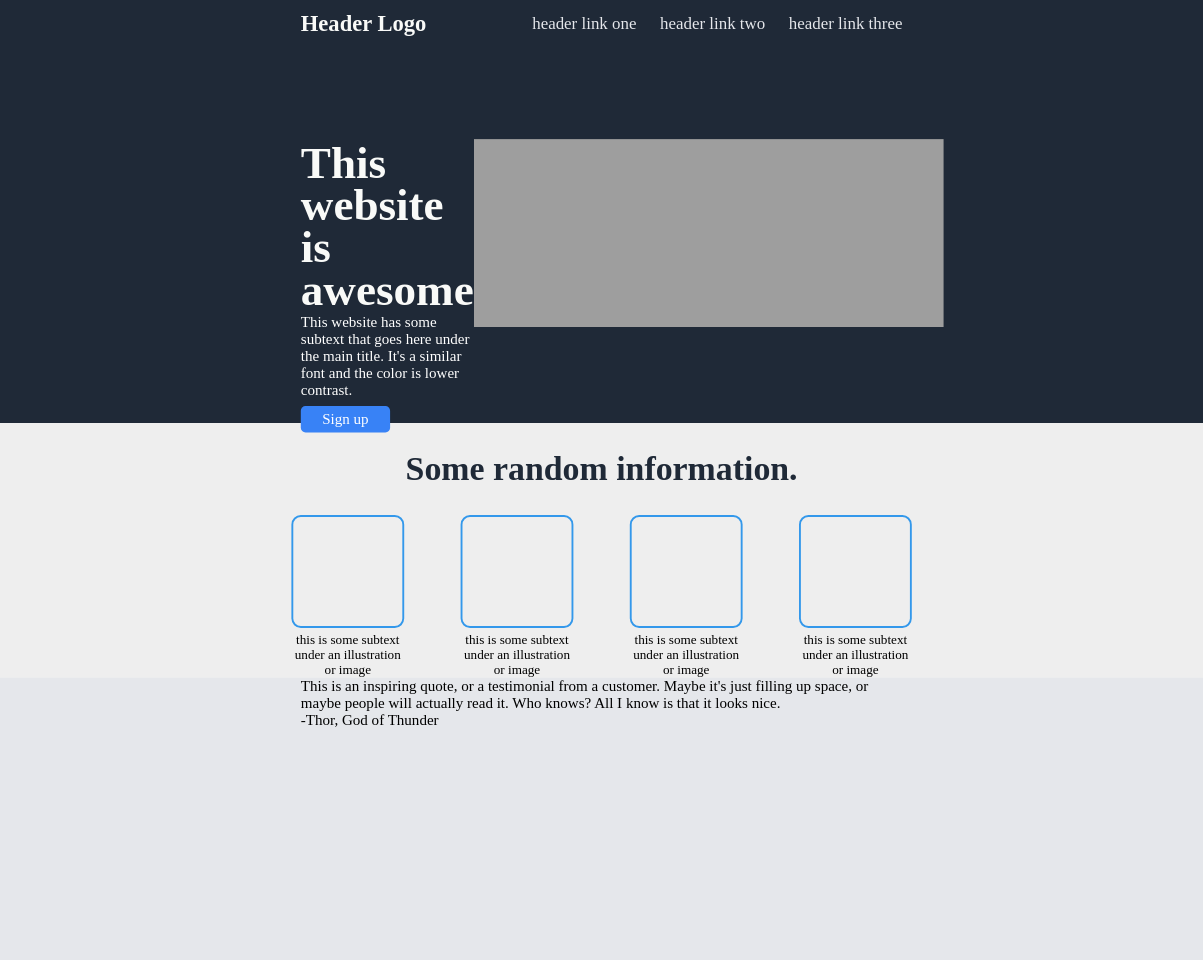
Repository: Pafestivo/Dummy-Landing-Page
Page: index.html
An editor plug-in stored every save of this project. The page is shown before and after the next save, followed by the edit.
The browser window is 1280 px wide. The pictures show the whole page, at 94% of full size.
Pictures or frames that could not be fetched are drawn as grey boxes.

Above is the page before, as saved 2022-09-26 19:13:45.

### index.html
<!DOCTYPE html>
<html lang="en">
<head>
    <meta charset="UTF-8">
    <meta name="viewport" content="width=device-width, initial-scale=1.0">
    <link rel="stylesheet" href="styles.css">
    <title>Landing Page</title>
</head>
<body>
    <header>
        <div class="container">
            <h1>Header Logo</h1>
            <nav>
                <a href="#">header link one</a>
                <a href="#">header link two</a>
                <a href="#">header link three</a>
            </nav>
        </div> <!-- /container-->
    </header>
    <main>
        <section class="first">
            <div class="container">

                <div class="right">
                    <h1>This website is awesome</h1>
                    <p>This website has some subtext that goes here under the main title. It's a similar font and the color is lower contrast.</p>
                    <a href="#">Sign up</a>
                </div> <!-- /right -->

                <div class="left">
                    <img src="images/office.jpg" alt="Office desk photo" />
                </div> <!-- /left -->

            </div> <!-- /container-->
        </section> <!-- /first -->

        <section class="second">
            <div class="container">

                <h1>Some random information.</h1>
                <div class="boxes">
                    <div class="info">
                        <div class="box"></div>
                        <div class="box-info">
                            <p>this is some subtext under an illustration or image</p>
                        </div> <!-- /box-info -->
                    </div> <!-- /info -->

                    <div class="info">
                        <div class="box"></div>
                        <div class="box-info">
                            <p>this is some subtext under an illustration or image</p>
                        </div> <!-- /box-info -->
                    </div> <!-- /info -->

                    <div class="info">
                        <div class="box"></div>
                        <div class="box-info">
                            <p>this is some subtext under an illustration or image</p>
                        </div> <!-- /box-info -->
                    </div> <!-- /info -->

                    <div class="info">
                        <div class="box"></div>
                        <div class="box-info">
                            <p>this is some subtext under an illustration or image</p>
                        </div> <!-- /box-info -->
                    </div> <!-- /info -->

                </div> <!-- /boxes-->
            </div> <!-- /container-->
        </section> <!-- /second -->

        <section class="third">
            <div class="container">
                <p>This is an inspiring quote, or a testimonial from a customer. Maybe it's just filling up space, or maybe people will actually read it. Who knows? All I know is that it looks nice.</p>
                <p class="quote-owner">-Thor, God of Thunder</p>
            </div> <!-- /container-->
        </section> <!-- /third -->

        <section class="fourth">
            <div class="container">

            </div> <!-- /container-->
        </section> <!-- /fourth -->

        <footer>

        </footer>
    </main>
</body>
</html>

### styles.css
* {
  padding: 0;
  margin: 0;
  box-sizing: border-box;
}

body {
  font-family: serif;
  background-color: #eee;
}

.container {
  width: 50vw;
  margin: 0 auto;
}

a {
  text-decoration: none;
  color: inherit;
}

/* header bar */
header {
  display: flex;
  align-items: center;
  background-color: #1F2937;
  color: #fff;
  height: 50px;
}

header h1 {
  font-size: 24px;
  color: #F9FAF8;
}

header .container {
  display: flex;
  justify-content: space-between;
}

header nav {
  display: flex;
  align-items: center;
  gap: 25px;
}

header a {
  font-size: 18px;
  color: #E5E7EB;
}
/* End header bar  */

/* First section  */
.first {
  background-color: #1F2937;
  height: 400px;
  color: #fff;
}

.first .container {
  display: flex;
  align-items: center;
  justify-content: space-between;
  height: 100%;
}

.right {
  display: flex;
  flex-direction: column;
  gap: 4px;
  height: 200px;
  width: 40%;
}

.right h1 {
  font-size: 48px;
  font-weight: extra-bold;
  color: #F9FAF8;
  line-height: 45px;
}

right p {
  font-size: 18px;
  color: #E5E7EB;
}

.first img {
  width: 500px;
  height: 200px;
}

.first a {
  background-color: #3882F6;
  width: 95px;
  padding: 5px;
  border-radius: 5px;
  margin-top: 4px;
  text-align: center;

}
/* End first section  */

/* Second section */
.second h1 {
  text-align: center;
  font-size: 36px;
  font-weight: extra-bold;
  color: #1F2937;
  padding: 28px 0 28px 0;
}

.boxes {
  display: flex;
  justify-content: center;
  gap: 60px;
}

.box {
  width: 120px;
  height: 120px;
  border: 2px solid hsl(207, 82%, 56%);
  border-radius: 10px;
}

.box-info {
  margin-top: 5px;
  width: 120px;
  font-size: 14px;
  text-align: center;
}
/* End second section  */

/* Third section  */
.third {
  background-color: #e5e7eb;
  height: 300px;
}
/* End third section  */

After the next save:
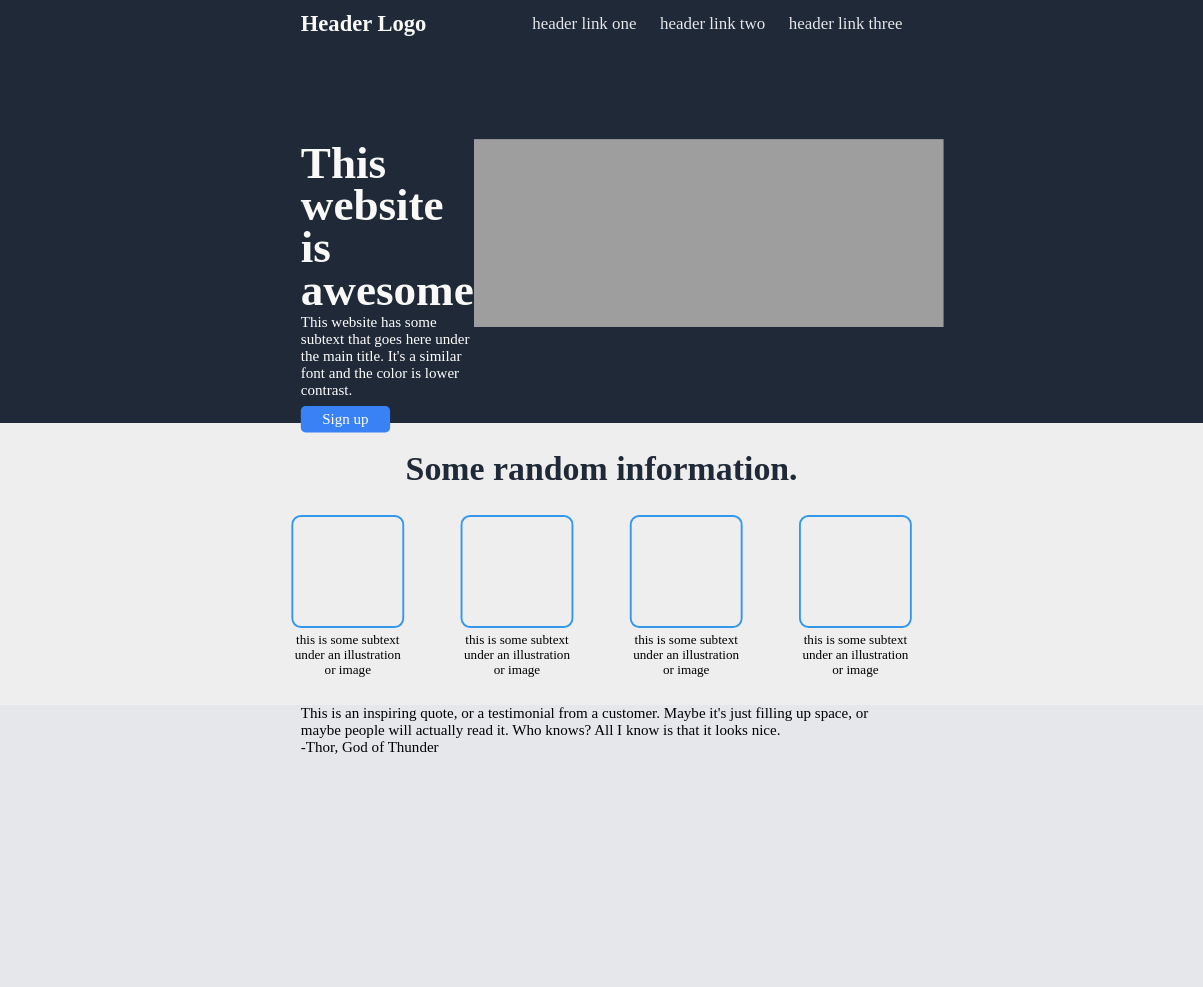
Saved 18 s later.
--- a/styles.css
+++ b/styles.css
@@ -101,6 +101,10 @@ right p {
 /* End first section  */
 
 /* Second section */
+.second {
+  height: 300px;
+}
+
 .second h1 {
   text-align: center;
   font-size: 36px;
